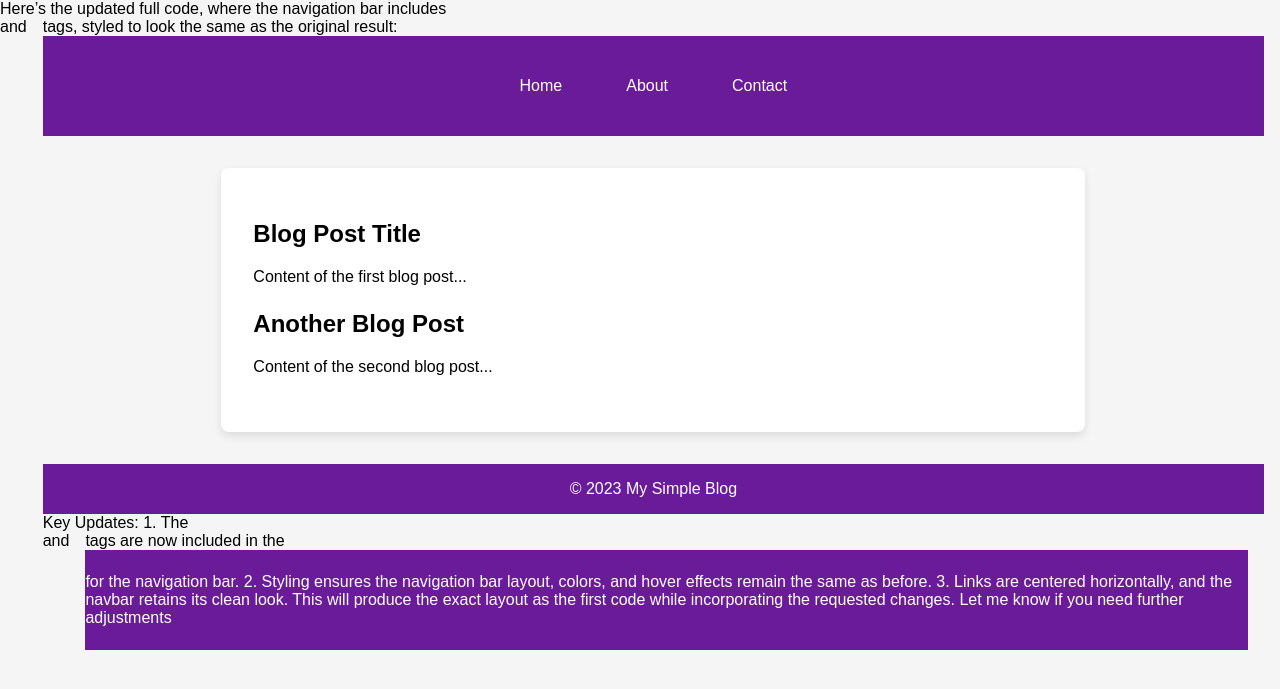
Repository: Femi007-gh/BLOG
Page: index.html
The author's editor kept a copy of each file at every save. The page is drawn from the files as they stood at one save, then again after the next save.
The browser window is 1280 px wide. The pictures show the whole page.

Above is the page before, as saved 2025-01-08 08:54:58.

After the next save:
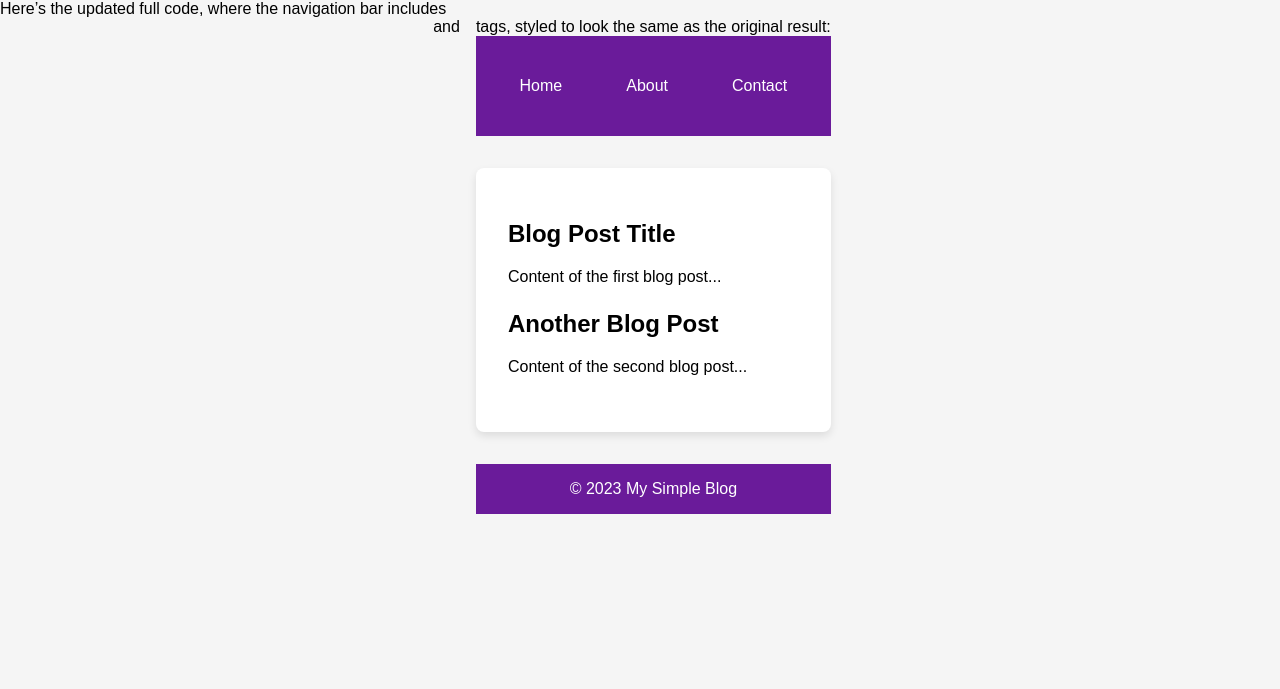
Saved 17 s later.
--- a/index.html
+++ b/index.html
@@ -93,17 +93,3 @@ Here’s the updated full code, where the navigation bar includes <ul> and <li>
     </footer>
   </body>
   </html>
-
-  Key Updates:
-
-  1. The <ul> and <li> tags are now included in the <nav> for the navigation bar.
-
-
-  2. Styling ensures the navigation bar layout, colors, and hover effects remain the same as before.
-
-
-  3. Links are centered horizontally, and the navbar retains its clean look.
-
-
-
-  This will produce the exact layout as the first code while incorporating the requested changes. Let me know if you need further adjustments
